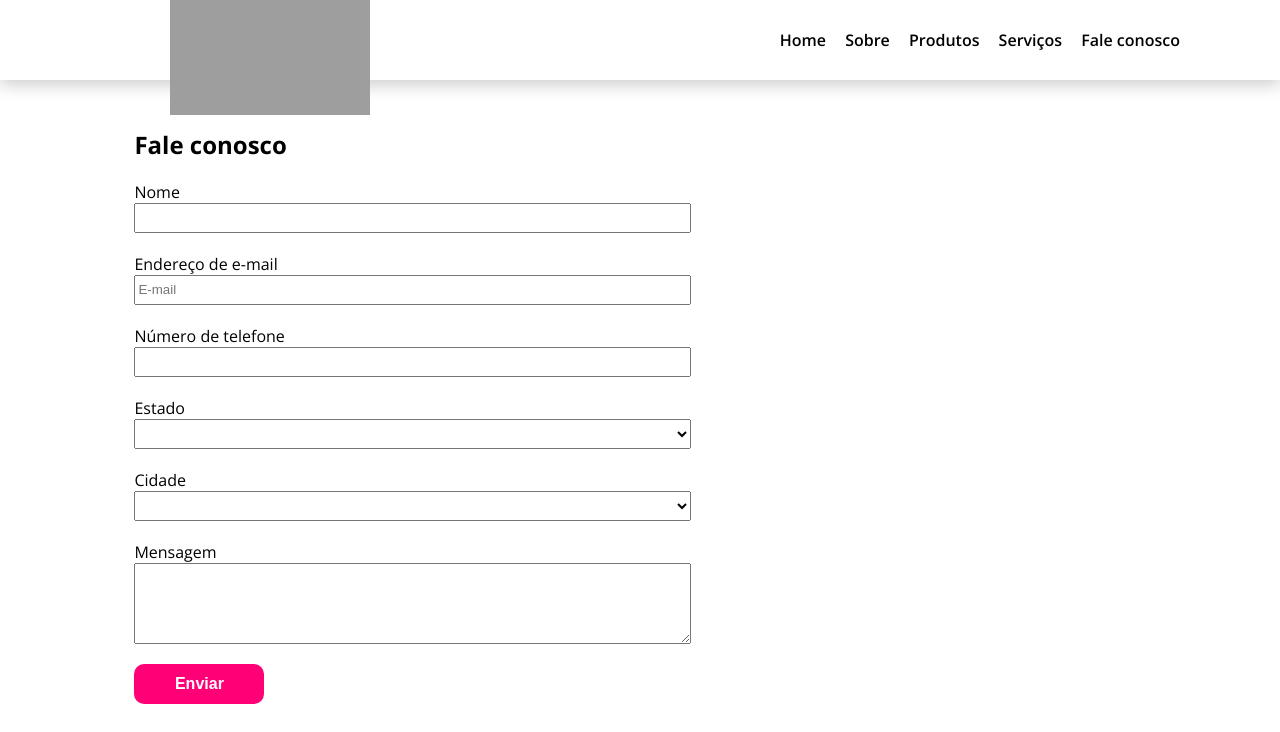
Repository: Iluiscarlos/Projeto-Site-PetShop
Page: Contacts.html
An editor plug-in stored every save of this project. The page is shown before and after the next save, followed by the edit.
The browser window is 1280 px wide. The pictures show the whole page.
Pictures or frames that could not be fetched are drawn as grey boxes. Some web libraries are served in a nearby version.

Above is the page before, as saved 2022-04-26 23:03:12.

### Contacts.html
<!DOCTYPE html>
<html lang="pt-BR">
<head>
  <meta charset="UTF-8">
  <meta name="viewport" content="width=device-width, initial-scale=1.0">
  <meta http-equiv="X-UA-Compatible" content="ie=edge">
  <title>pet&shop</title>
  <script src="https://kit.fontawesome.com/2c48374459.js" crossorigin="anonymous"></script>
  <link rel="preconnect" href="https://fonts.googleapis.com">
  <link rel="preconnect" href="https://fonts.gstatic.com" crossorigin>
  <link href="https://fonts.googleapis.com/css2?family=Open+Sans:wght@400;500;600;700&display=swap" rel="stylesheet">

<style>
    header {
      display: flex;
      align-items: center;
      justify-content: space-between;
      padding: 0 20px;
      position: fixed;
      top: 0;
      left: 0;
      right: 0;
      background-color: #ffffff;
      height: 80px;
      box-shadow: 0 5px 1em #cecece;
    }

    .brand-name {
      color: #ff0077;
      margin-right: 20px;
      font-family: 'Open Sans', sans-serif;
    }

    .brand-name a {
      color: inherit;
      text-decoration: none;
      width: 16px;
    }

    .font {
      font-family: 'Open Sans', sans-serif;
      font-weight: 100;
      font-size: medium;
    }

    .logo{
      width: 200px;
      height: 150px;
      padding-left: 150px;
    }

    .logo-about {
      width: 200px;
      height: 150px;
    }

    .navi {
      color: black;
      padding-right: 80px;
      justify-content: space-between;
      display: inline-block;
    }
    .navi a {
      color: black;
      font-family: 'Open Sans', sans-serif;
      font-weight: 600;
      padding-inline-start: 15px;
      text-decoration: none;
      height: 80px;
    }
    .navi a :visited{
      display: block;
      background-color: #ff0077;
    }

    .navi ::after{
      background-color: #ff0077;
    }

    .container {
      width: 80%;
      max-width: 100%;
      margin-left: auto;
      margin-right: auto;

    }

    .form-item {
      width: 55%;
      min-height: 30px;
      margin-bottom: 20px;
      box-sizing: border-box;
    }

    #form {
      background-color:#ffffff;
      color:black;
      padding-top: 100px;
      padding-bottom: 20px;
    }

    .buttom{
      width:130px;
      height:40px;
      font-size: 16px;
      color:#ffffff;
      background-color:#ff0077;
      border-radius:10px;
      margin-top: -5px;
      border-style: none;
    }

</style>
</head>
<body>
    <section class="font">
        <header>
            <img class="logo" id="home" src="logo-colored.svg"><a href="#banner"></a>
        <nav class="navi">
            <a href="Index.html">Home</a>
            <a href="About.html">Sobre</a>
            <a href="products.html">Produtos</a>
            <a href="Services.html">Serviços</a>
            <a href="">Fale conosco</a>
        </nav>
        </header>
    <section id="form" class="container">
            <h2 style="text-align: start;">Fale conosco</h2>
        <div class="form">
            <form>
                <label for="name">Nome</label> <br/>
                <input class="form-item" type="text" id="name" name="name" >
                <br/>
                <label for="email">Endereço de e-mail</label> <br/>
                <input class="form-item" type="email" id="email" name="email" placeholder="E-mail">
                <br/>
                <label for="phone">Número de telefone</label><br/>
                <input class="form-item" type="tel" id="phone" name="telefone">
                <br/>
                <label for="estado">Estado</label><br/>
                <select class="form-item" id="estado" name="Selecione"placeholder="Selecione">
                    <option value="0" selected disabled></option>
                    <option value="1">Rio Grande do Sul</option>
                </select>

                <br/>
                <label for="cidade">Cidade</label><br/>
                <select class="form-item" id="cidade" name="Selecione">
                    <option value="0" selected disabled></option>
                    <option value="1">Cachoeira do Sul</option>
                    <option value="2">Santa Maria</option>
                    <option value="3">Estrela</option>
                    <option value="4">Lajeado</option>
                    <option value="5">Porto Alegre</option>
                </select>
                <br/>
                <label for="textarea">Mensagem</label><br/>
                <textarea class="form-item" id="textarea" name="Mensagem"rows="5" cols="30"></textarea>
                <br/>
                <a href="Services.html" style="text-decoration: none;"><button class="buttom"><b>Enviar</b></button></a>
            </form>
        </div>
    </section>
</body>
</html>

After the next save:
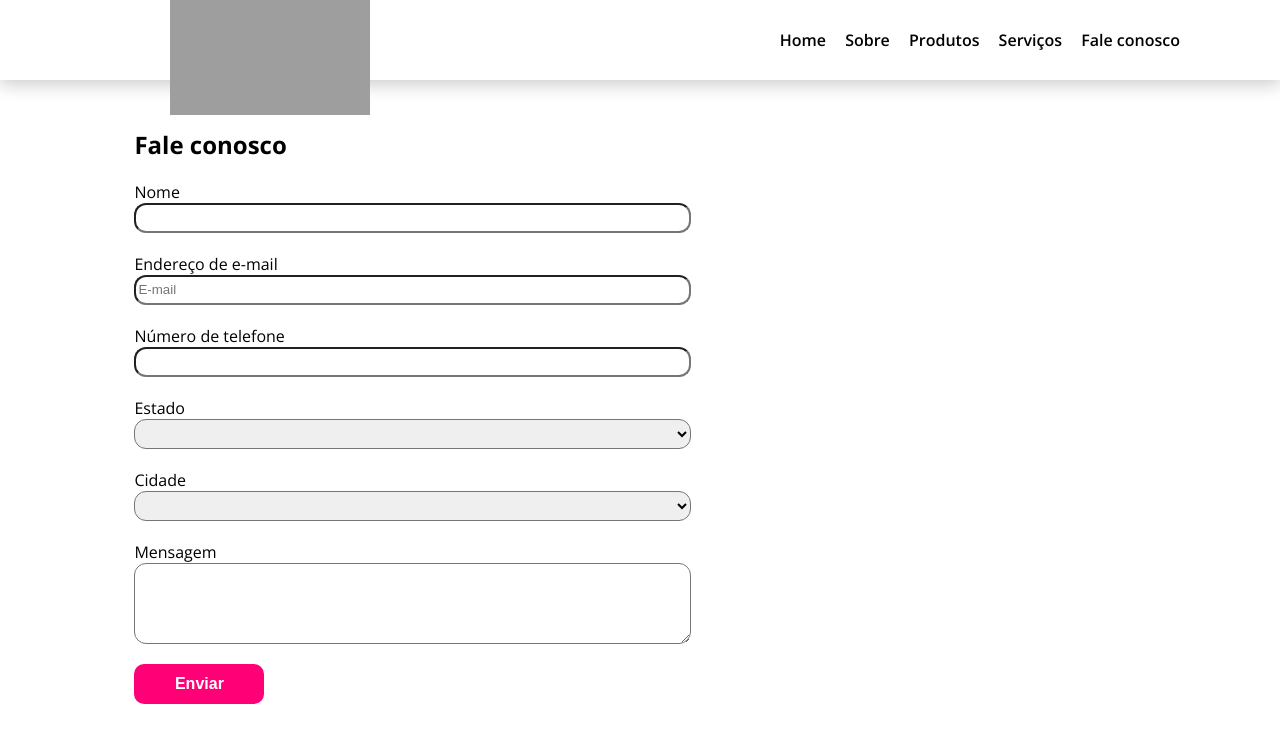
Saved 36 s later.
--- a/Contacts.html
+++ b/Contacts.html
@@ -90,6 +90,7 @@
       min-height: 30px;
       margin-bottom: 20px;
       box-sizing: border-box;
+      border-radius: 12px;
     }
 
     #form {

After the save that followed:
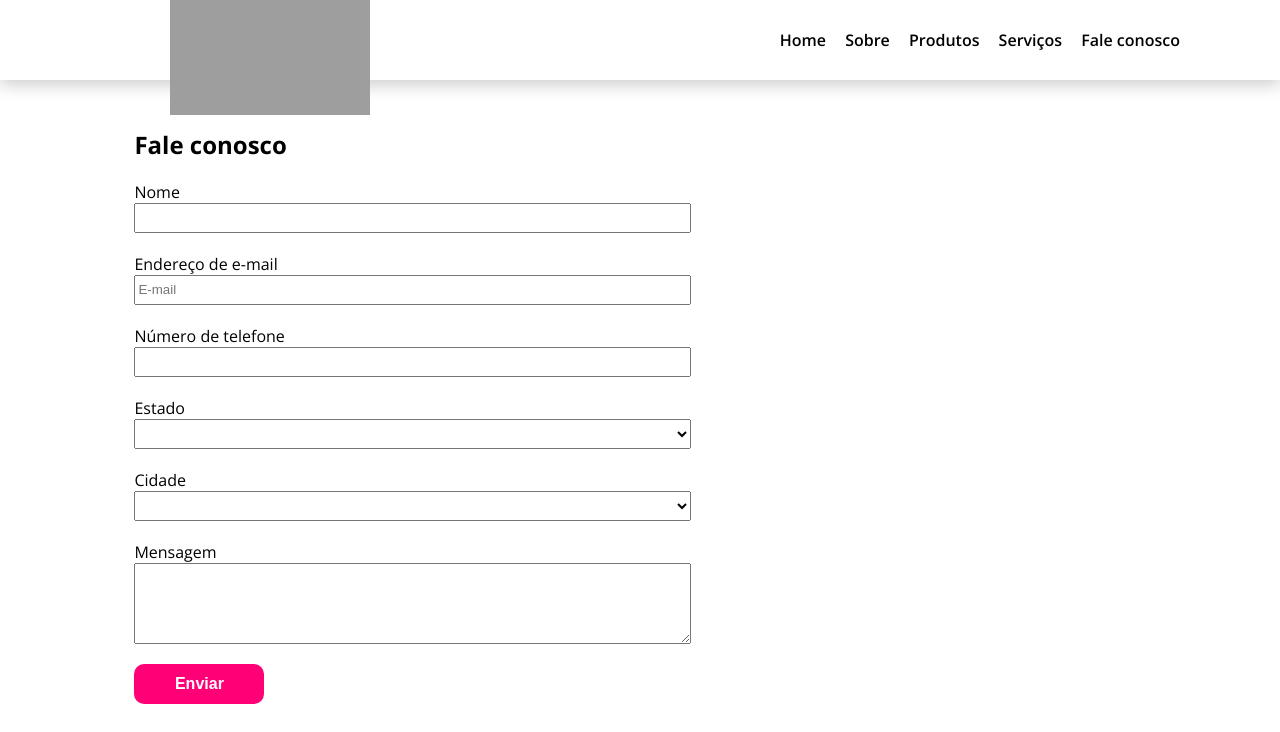
Saved 21 s later.
--- a/Contacts.html
+++ b/Contacts.html
@@ -90,7 +90,6 @@
       min-height: 30px;
       margin-bottom: 20px;
       box-sizing: border-box;
-      border-radius: 12px;
     }
 
     #form {
